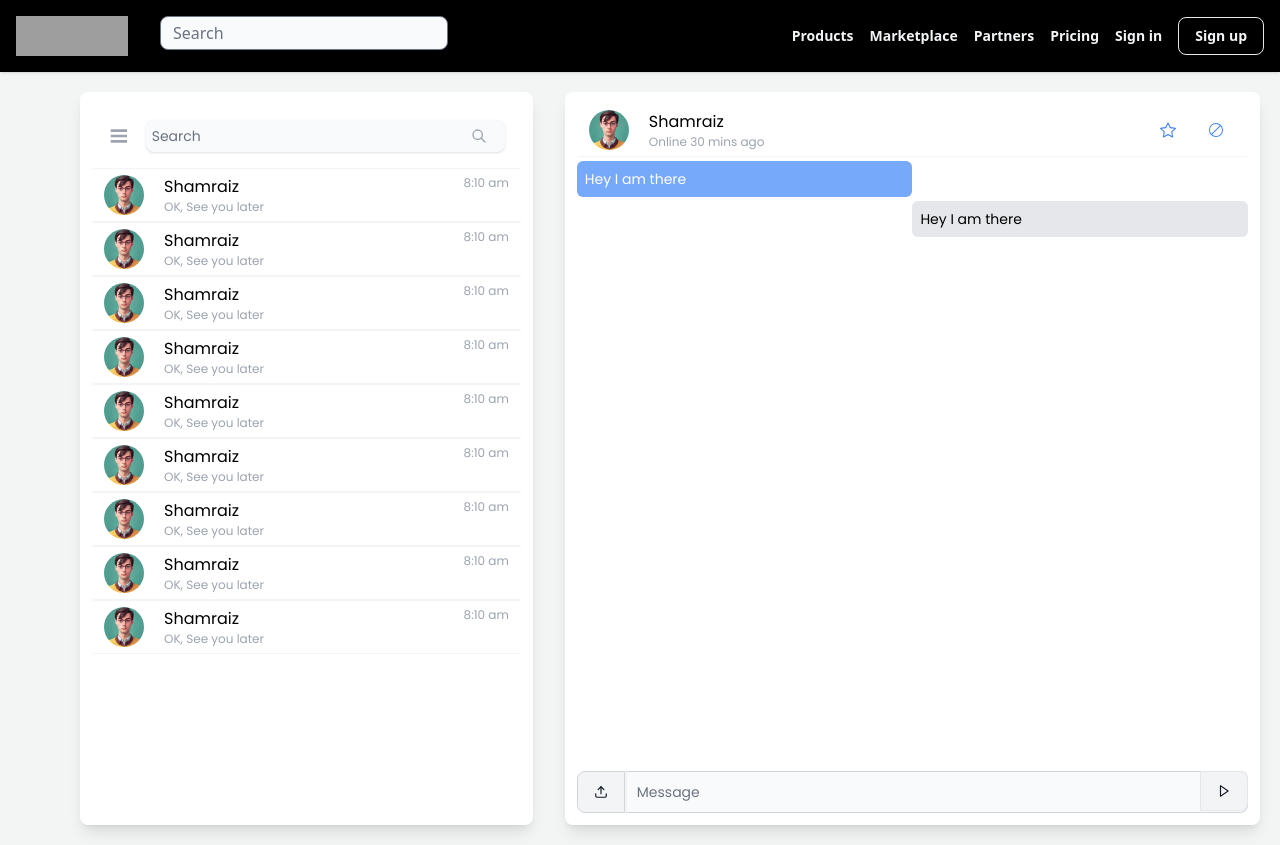
Repository: Shamraiz761/Frontend-Assessment
Page: /chat
An editor plug-in stored every save of this project. The page is shown before and after the next save, followed by the edit.
The browser window is 1280 px wide. The pictures show the whole page.
Pictures or frames that could not be fetched are drawn as grey boxes. The project was rebuilt for these pictures with package versions that can differ from the ones it lists, and the page was loaded fresh each time. Also part of the build but not shown: vite.config.js, src/routes/index.css, src/routes/root.jsx, src/pages/orders/index.jsx, src/pages/submission/index.jsx, src/pages/admin/index.css, src/components/admin/card.jsx, src/components/admin/addCard.jsx and 4 more. Imported but missing from the stored project, and not drawn on this page: src/pages/auth/login, src/pages/tasks, src/routes/profileLayout.

Above is the page before, as saved 2023-07-06 13:57:30.

### src/main.jsx
import ReactDOM from 'react-dom/client'

import React from 'react'

import App from './App.jsx'
import './index.css'

ReactDOM.createRoot(document.getElementById('root')).render(
  <React.StrictMode>
    <App />
  </React.StrictMode>,
)

### src/App.jsx
import React from 'react'
import { DndProvider } from 'react-dnd'
import { HTML5Backend } from 'react-dnd-html5-backend'
import 'flowbite'

import AppRoutes from './routes'

export default function App() {
  return (
    <DndProvider backend={HTML5Backend}>
      <AppRoutes />
    </DndProvider>
  )
}

### src/index.css
@import url("https://fonts.googleapis.com/css2?family=Poppins:wght@400;500;600;700;800;900&display=swap");

@tailwind base;
@tailwind components;
@tailwind utilities;

* {
  margin: 0;
  padding: 0;
}

body {
  margin: 0;
  font-family: "Poppins", -apple-system, BlinkMacSystemFont, "Segoe UI",
    "Roboto", "Oxygen", "Ubuntu", "Cantarell", "Fira Sans", "Droid Sans",
    "Helvetica Neue", sans-serif;
  -webkit-font-smoothing: antialiased;
  -moz-osx-font-smoothing: grayscale;
  width: 100vw;
  overflow-x: hidden;
  background-color: #f2f5f3;
  /* background: linear-gradient(180deg, #faefe8 0%, #edc7ac 100%); */
}

code {
  font-family: source-code-pro, Menlo, Monaco, Consolas, "Courier New",
    monospace;
}

.pointer-cursor {
  cursor: pointer;
}

.cusBorder {
  border: 1px solid #000;
  border-radius: 5px;
}

img {
  cursor: pointer;
}
.errors {
  color: #dc3545;
  padding: 0;
  margin: 0;
  font-size: 12px;
}
.loader {
  position: fixed;
  top: 0;
  bottom: 0;
  left: 0;
  right: 0;
  background-color: rgba(47, 151, 161, 0.32);

  display: flex;
  justify-content: center;
  align-items: center;
}

.link {
  color: #000;
  cursor: pointer;
  text-decoration: none;
}
.link:hover {
  color: #000;
}

.trans-btn {
  background-color: transparent;
  border: none;
}
.profile-logout-btn {
  border: 0;
}
.profile-logout-btn:hover {
  border: 0;
}
.profile-btn {
  border-radius: 0;
  border: 0;
}
.logout-btn {
  border-radius: 0;
  border: 0;
}
.logout-btn:hover {
  background-color: rgba(220, 53, 69, 0.5);
  border: 0;
  color: #fff;
}
.breadcrumbs ul {
  list-style: none;
  display: inline-block;
}

.breadcrumbs ul li {
  display: inline;
}

.breadcrumbs ul li .bc-link {
  /* display: block; */
  width: max-content;
  background-color: #f8f9fa;
  padding: 6px 15px 6px 25px;
  text-align: center;
  position: relative;
  margin: 0 10px 0 0;
  font-size: 15px;
  text-decoration: none;
  color: #000;
}
.breadcrumbs ul li .bc-link::after {
  content: "";
  border-top: 17px solid transparent;
  border-bottom: 17px solid transparent;
  border-left: 17px solid #f8f9fa;
  position: absolute;
  top: 0;
  right: -17px;
  z-index: 1;
}
.breadcrumbs ul li .bc-link::before {
  content: "";
  border-top: 17px solid transparent;
  border-bottom: 17px solid transparent;
  border-left: 17px solid #71cdd5;
  position: absolute;
  top: 0;
  left: 0;
}
.breadcrumbs ul li:first-child .bc-link {
  border-top-left-radius: 5px;
  border-bottom-left-radius: 5px;
}
.breadcrumbs ul li:first-child .bc-link::before {
  display: none;
}

.breadcrumbs ul li:last-child .bc-link {
  padding-right: 20px;
  border-top-right-radius: 5px;
  border-bottom-right-radius: 5px;
}
.breadcrumbs ul li:last-child .bc-link::after {
  display: none;
}

@media screen and (max-width: 500px) {
  .breadcrumbs ul li .bc-link {
    /* display: block; */
    padding: 2px 2px 2px 13px;
    /* margin: 0 10px 0 0; */
    font-size: 14px;
  }

  .breadcrumbs ul li .bc-link::after {
    content: "";
    border-top: 11.6px solid transparent;
    border-bottom: 11.6px solid transparent;
    border-left: 11.6px solid #f8f9fa;
    position: absolute;
    top: 0;
    right: -11.6px;
    z-index: 1;
  }
  .breadcrumbs ul li .bc-link::before {
    content: "";
    border-top: 11.6px solid transparent;
    border-bottom: 11.6px solid transparent;
    border-left: 11.6px solid #71cdd5;
    position: absolute;
    top: 0;
    left: 0;
  }
  .breadcrumbs ul li:last-child .bc-link {
    padding-right: 5px;
  }
}

@media screen and (max-width: 350px) {
  .breadcrumbs ul li .bc-link {
    /* display: block; */
    padding: 2px 2px 2px 12px;
    /* margin: 0 10px 0 0; */
    font-size: 10px;
  }

  .breadcrumbs ul li .bc-link::after {
    content: "";
    border-top: 9px solid transparent;
    border-bottom: 9px solid transparent;
    border-left: 9px solid #f8f9fa;
    position: absolute;
    top: 0;
    right: -9px;
    z-index: 1;
  }
  .breadcrumbs ul li .bc-link::before {
    content: "";
    border-top: 9px solid transparent;
    border-bottom: 9px solid transparent;
    border-left: 9px solid #edc7ac;
    position: absolute;
    top: 0;
    left: 0;
  }
  .breadcrumbs ul li:last-child .bc-link {
    padding-right: 5px;
  }
}

/* ********************************************** */

### src/routes/index.jsx
import {
  createBrowserRouter,
  createRoutesFromElements,
  RouterProvider,
  Route,
} from "react-router-dom";

import * as React from "react";

import Layout from "./layout";
import Root from "./root";

import Login from "../pages/auth/login";
import Chat from "../pages/chat";
import UserChat from "../components/chat/userChat";
import ProfileLayout from "./profileLayout";
import Tasks from "../pages/tasks";
import Orders from "../pages/orders";
import Submission from "../pages/submission";
import Admin from "../pages/admin";
import MarketPlace from "../pages/marketplace";
import View from "../pages/view";

export default function AppRoutes() {
  const router = createBrowserRouter(
    createRoutesFromElements(
      <Route>
        <Route path="/login" element={<Login />} />

        <Route element={<Layout />}>
          <Route path="/chat" element={<Chat />}>
            <Route path="userchat" element={<UserChat />} />
          </Route>
          <Route path="/marketplace" element={<MarketPlace />} />
          <Route path="/view" element={<View />} />

          <Route path={"/"} element={<ProfileLayout />}>
            {/* Add Task order payment submit route here */}
            <Route path="/admin" element={<Admin />} />
            <Route path="/" element={<Tasks />} />
            <Route path="/orders" element={<Orders />} />
            <Route path="/tasks" element={<Tasks />} />
            <Route path="/submission" element={<Submission />} />
          </Route>
        </Route>
      </Route>
    )
  );

  return <RouterProvider router={router} />;
}

### src/routes/layout.jsx
import { Link, Outlet, useLocation, useNavigate } from "react-router-dom";
import { Gi3DGlasses } from "react-icons/gi";
import { CgProfile } from "react-icons/cg";
import { BsArrowLeft, BsFillChatSquareTextFill } from "react-icons/bs";
import { MdOutlineDashboard, MdOutlineCastForEducation } from "react-icons/md";
import "./index.css";

import React, { useState } from "react";
import Header from "../components/header/index";

export default function Layout() {
  const [open, setOpen] = useState(false);
  const [type, setType] = useState(false);
  const navigate = useNavigate();

  const { pathname } = useLocation();

  const sc =
    "rounded-md text-xs flex items-center gap-x-4 cursor-pointer bg-gray-50 text-blue-500 py-4 p-2";
  const uc =
    "rounded-md text-gray-500  text-xs flex items-center gap-x-4 cursor-pointer hover:bg-gray-50 hover:text-blue-500 py-4 p-2";

  return (
    <div>
      <Header />

      <div className={`${open ? "ml-56" : "ml-[60px]"}`}>
        <Outlet />
      </div>
    </div>
  );
}

### src/pages/chat/index.jsx
import { VscThreeBars } from "react-icons/vsc";

import React from "react";

import UserChat from "../../components/chat/userChat";
import ChatsCard from "../../components/chat/chatsCard";

function Chat() {
  return (
    <div className="m-5 grid grid-cols-1 md:grid-cols-5  gap-8 flex-wrap">
      <div className="col-span-1 md:col-span-2 p-3 bg-white rounded-lg shadow-lg min-h-screen">
        <form className="m-4">
          <div className="flex items-center">
            <VscThreeBars className=" mr-4   rounded-lg text-gray-400 cursor-pointer text-2xl" />
            <div className="relative w-full  ">
              <input
                type="search"
                id='location-search"'
                className=" p-1.5 w-full focus:ring-gray-300  z-20 text-sm text-gray-200 bg-gray-50 shadow rounded-lg"
                placeholder="Search"
                required
                style={{ border: "none", outline: "none" }}
              />

              <button
                type="submit"
                className="absolute top-0 right-0 p-1.5 text-sm font-medium text-gray-400  rounded-r-lg   "
              >
                <svg
                  aria-hidden="true"
                  className="w-4 h-4 mr-3 mt-0.5"
                  fill="none"
                  stroke="currentColor"
                  viewBox="0 0 24 24"
                  xmlns="http://www.w3.org/2000/svg"
                >
                  <path
                    strokeLinecap="round"
                    strokeLinejoin="round"
                    strokeWidth={2}
                    d="M21 21l-6-6m2-5a7 7 0 11-14 0 7 7 0 0114 0z"
                  />
                </svg>
                <span className="sr-only">Search</span>
              </button>
            </div>
          </div>
        </form>
        <ChatsCard />
        <ChatsCard />
        <ChatsCard />
        <ChatsCard />
        <ChatsCard />
        <ChatsCard />
        <ChatsCard />
        <ChatsCard />
        <ChatsCard />
      </div>

      <UserChat />
    </div>
  );
}

export default Chat;

### src/components/chat/userChat.jsx
import { VscCircleSlash } from "react-icons/vsc";
import { BsStar } from "react-icons/bs";
import { FiUpload } from "react-icons/fi";
import { BiRightArrow } from "react-icons/bi";

import React from "react";

import Profile from "../../assets/images/profilePic.jpg";

function UserChat() {
  return (
    <div className="col-span-1 md:col-span-3 p-3  bg-white rounded-lg shadow-lg overflow-y">
      {" "}
      <div className="flex flex-row  px-3 py-1.5  border-b border-gray-100 rounded-sm ">
        <img src={Profile} className="h-10 w-10 rounded-full" />
        <div className="ml-5 flex flex-row justify-between w-full ">
          <div>
            {" "}
            <h1>Shamraiz</h1>{" "}
            <p className="text-xs font-thin text-gray-400">
              Online 30 mins ago
            </p>
          </div>
          <div className="flex flex-row items-center">
            <BsStar className="text-blue-500 mr-8" />
            <VscCircleSlash className="text-blue-500 mr-3" />
          </div>
        </div>
      </div>
      <div className="chats ">
        <p className="text-sm bg-blue-400 rounded-md my-1 p-2 text-white flex flex-col  justify-end w-1/2">
          Hey I am there
        </p>

        <p className="text-sm bg-gray-200 rounded-md p-2  flex flex-col float-right justify-end w-1/2">
          Hey I am there
        </p>
      </div>
      <div
        className="flex flex-col w-full  justify-end "
        style={{ height: "80vh" }}
      >
        <form className=" ">
          <div className="flex">
            <button
              id="dropdown-button"
              data-dropdown-toggle="dropdown"
              className="flex-shrink-0 z-10 inline-flex items-center py-2.5 px-4 text-sm font-medium text-center text-gray-900 bg-gray-100 border border-gray-300 dark:border-gray-700 dark:text-white rounded-l-lg hover:bg-gray-200  focus:outline-none "
              type="button"
            >
              <FiUpload />
            </button>
            <div
              id="dropdown"
              className="z-10 hidden bg-white divide-y divide-gray-100 rounded-lg shadow w-44 dark:bg-gray-700"
            >
              <ul
                className="py-2 text-sm text-gray-700 dark:text-gray-200"
                aria-labelledby="dropdown-button"
              >
                <li>
                  <a
                    href="#"
                    className="block px-4 py-2 hover:bg-gray-100 dark:hover:bg-gray-600 dark:hover:text-white"
                  >
                    Photo
                  </a>
                </li>
                <li>
                  <a
                    href="#"
                    className="block px-4 py-2 hover:bg-gray-100 dark:hover:bg-gray-600 dark:hover:text-white"
                  >
                    Vedio
                  </a>
                </li>
                <li>
                  <a
                    href="#"
                    className="block px-4 py-2 hover:bg-gray-100 dark:hover:bg-gray-600 dark:hover:text-white"
                  >
                    Document
                  </a>
                </li>
                <li>
                  <a
                    href="#"
                    className="block px-4 py-2 hover:bg-gray-100 dark:hover:bg-gray-600 dark:hover:text-white"
                  >
                    Finance
                  </a>
                </li>
              </ul>
            </div>
            <div className="relative w-full">
              <input
                type="search"
                id="search-dropdown"
                className="block p-2.5 w-full z-20 text-sm text-gray-900 bg-gray-50 rounded-r-lg border-l-gray-100 border-l-2 border border-gray-300 focus:ring-blue-500 focus:border-blue-500 dark:bg-gray-700 dark:border-gray-600 dark:placeholder-gray-400 dark:text-white dark:focus:border-blue-500"
                placeholder="Message"
              />
              <button
                type="submit"
                className="absolute top-0 right-0 z-10 py-3 px-4 text-sm font-medium text-gray-900 bg-gray-100 rounded-r-lg border "
              >
                <BiRightArrow />
              </button>
            </div>
          </div>
        </form>
      </div>
    </div>
  );
}

export default UserChat;

### src/components/header/index.jsx
import { IoIosNotifications } from "react-icons/io";
import { Dropdown } from "flowbite-react";
import { CgProfile } from "react-icons/cg";

import React from "react";
import { Link } from "react-router-dom";

function Header() {
  const [notification, setNotification] = React.useState(false);
  const [profile, setProfile] = React.useState(false);

  return (
    <div>
      {/* component */}

      <div class="bg-gray-100 font-sans w-full  m-0">
        <div class="bg-black text-white shadow">
          <div class="container mx-auto px-4">
            <div class="flex items-center justify-between py-4">
              <div className="flex flex-row justify-between">
                <img
                  src="https://envoycan.com/wp-content/uploads/2023/06/Asset-31@4x-e1686576126889.png"
                  class="w-28 h-10 text-white mr-6"
                />

                <div className="hidden sm:block flex-shrink flex-grow-0 justify-start px-2">
                  <div className="inline-block">
                    <div className="inline-flex items-center max-w-full">
                      <input
                        className="flex items-center text-gray-400 bg-slate-50 justify-between  flex-grow-0  relative w-72 border rounded-lg  py-1"
                        type="search"
                        placeholder="Search"
                      />

                      <div className="flex items-center justify-center relative  h-8 w-24 rounded-full"></div>
                    </div>
                  </div>
                </div>
              </div>

              <div className="flex flex-row">
                <div class="hidden sm:flex sm:items-center mr-4">
                  <a
                    href="#"
                    class="text-gray-100 text-sm font-semibold hover:text-purple-600 mr-4"
                  >
                    Products
                  </a>
                  <a
                    href="#"
                    class="text-gray-100 text-sm font-semibold hover:text-purple-600 mr-4"
                  >
                    Marketplace
                  </a>
                  <a
                    href="#"
                    class="text-gray-100 text-sm font-semibold hover:text-purple-600 mr-4"
                  >
                    Partners
                  </a>
                  <a
                    href="#"
                    class="text-gray-100 text-sm font-semibold hover:text-purple-600"
                  >
                    Pricing
                  </a>
                </div>

                <div class="hidden sm:flex sm:items-center">
                  <a
                    href="#"
                    class="text-gray-100 text-sm font-semibold hover:text-purple-600 mr-4"
                  >
                    Sign in
                  </a>
                  <a
                    href="#"
                    class="text-gray-100 text-sm font-semibold border px-4 py-2 rounded-lg hover:text-purple-600 hover:border-purple-600"
                  >
                    Sign up
                  </a>
                </div>
              </div>
              <div class="sm:hidden cursor-pointer">
                <svg
                  xmlns="http://www.w3.org/2000/svg"
                  class="w-6 h-6 text-purple-600"
                  viewBox="0 0 24 24"
                >
                  <path
                    fill="currentColor"
                    d="M12.9499909,17 C12.7183558,18.1411202 11.709479,19 10.5,19 C9.29052104,19 8.28164422,18.1411202 8.05000906,17 L3.5,17 C3.22385763,17 3,16.7761424 3,16.5 C3,16.2238576 3.22385763,16 3.5,16 L8.05000906,16 C8.28164422,14.8588798 9.29052104,14 10.5,14 C11.709479,14 12.7183558,14.8588798 12.9499909,16 L20.5,16 C20.7761424,16 21,16.2238576 21,16.5 C21,16.7761424 20.7761424,17 20.5,17 L12.9499909,17 Z M18.9499909,12 C18.7183558,13.1411202 17.709479,14 16.5,14 C15.290521,14 14.2816442,13.1411202 14.0500091,12 L3.5,12 C3.22385763,12 3,11.7761424 3,11.5 C3,11.2238576 3.22385763,11 3.5,11 L14.0500091,11 C14.2816442,9.85887984 15.290521,9 16.5,9 C17.709479,9 18.7183558,9.85887984 18.9499909,11 L20.5,11 C20.7761424,11 21,11.2238576 21,11.5 C21,11.7761424 20.7761424,12 20.5,12 L18.9499909,12 Z M9.94999094,7 C9.71835578,8.14112016 8.70947896,9 7.5,9 C6.29052104,9 5.28164422,8.14112016 5.05000906,7 L3.5,7 C3.22385763,7 3,6.77614237 3,6.5 C3,6.22385763 3.22385763,6 3.5,6 L5.05000906,6 C5.28164422,4.85887984 6.29052104,4 7.5,4 C8.70947896,4 9.71835578,4.85887984 9.94999094,6 L20.5,6 C20.7761424,6 21,6.22385763 21,6.5 C21,6.77614237 20.7761424,7 20.5,7 L9.94999094,7 Z M7.5,8 C8.32842712,8 9,7.32842712 9,6.5 C9,5.67157288 8.32842712,5 7.5,5 C6.67157288,5 6,5.67157288 6,6.5 C6,7.32842712 6.67157288,8 7.5,8 Z M16.5,13 C17.3284271,13 18,12.3284271 18,11.5 C18,10.6715729 17.3284271,10 16.5,10 C15.6715729,10 15,10.6715729 15,11.5 C15,12.3284271 15.6715729,13 16.5,13 Z M10.5,18 C11.3284271,18 12,17.3284271 12,16.5 C12,15.6715729 11.3284271,15 10.5,15 C9.67157288,15 9,15.6715729 9,16.5 C9,17.3284271 9.67157288,18 10.5,18 Z"
                  />
                </svg>
              </div>
            </div>

            <div class="block sm:hidden bg-black border-t-2 py-2">
              <div class="flex flex-col">
                <a
                  href="#"
                  class="text-gray-100 text-sm font-semibold hover:text-purple-600 mb-1"
                >
                  Products
                </a>
                <a
                  href="#"
                  class="text-gray-100 text-sm font-semibold hover:text-purple-600 mb-1"
                >
                  Marketplace
                </a>
                <a
                  href="#"
                  class="text-gray-100 text-sm font-semibold hover:text-purple-600 mb-1"
                >
                  Partners
                </a>
                <a
                  href="#"
                  class="text-gray-100 text-sm font-semibold hover:text-purple-600 mb-1"
                >
                  Pricing
                </a>
                <div class="flex justify-between items-center border-t-2 pt-2">
                  <a
                    href="#"
                    class="text-gray-100 text-sm font-semibold hover:text-purple-600 mr-4"
                  >
                    Sign in
                  </a>
                  <a
                    href="#"
                    class="text-gray-100 text-sm font-semibold border px-4 py-1 rounded-lg hover:text-purple-600 hover:border-purple-600"
                  >
                    Sign up
                  </a>
                </div>
              </div>
            </div>
          </div>
        </div>
      </div>
    </div>
  );
}

export default Header;

### src/components/chat/chatsCard.jsx
import React from "react";

import Profile from "../../assets/images/profilePic.jpg";

function ChatsCard() {
  return (
    <div className="flex flex-row px-3 py-1.5  border-y border-gray-100 rounded-sm hover:bg-blue-200">
      <img src={Profile} className="h-10 w-10 rounded-full" />
      <div className="ml-5 flex flex-row justify-between w-full ">
        <div>
          {" "}
          <h1>Shamraiz</h1>{" "}
          <p className="text-xs font-thin text-gray-400">OK, See you later</p>
        </div>
        <p className="text-xs font-thin text-gray-400">8:10 am</p>
      </div>
    </div>
  );
}

export default ChatsCard;

### tailwind.config.cjs
const colors = require('tailwindcss/colors');
const defaultTheme = require('tailwindcss/defaultTheme');

module.exports = {
  content: ['./src/**/*.{js,jsx,ts,tsx}', "node_modules/flowbite/**/*.js"],
  theme: {
    extend: {
      colors: {
        // set primary color from figma
        // primary: {
        // },
      },
      fontFamily: {
        poppins: ['Poppins', ...defaultTheme.fontFamily.sans],
      },
      fontSize: {
        xxs: '0.5rem',
      },
    },
  },
  plugins: [
    require('flowbite/plugin')
  ],

};

Loaded but not shown: index.html (common file)

After the next save:
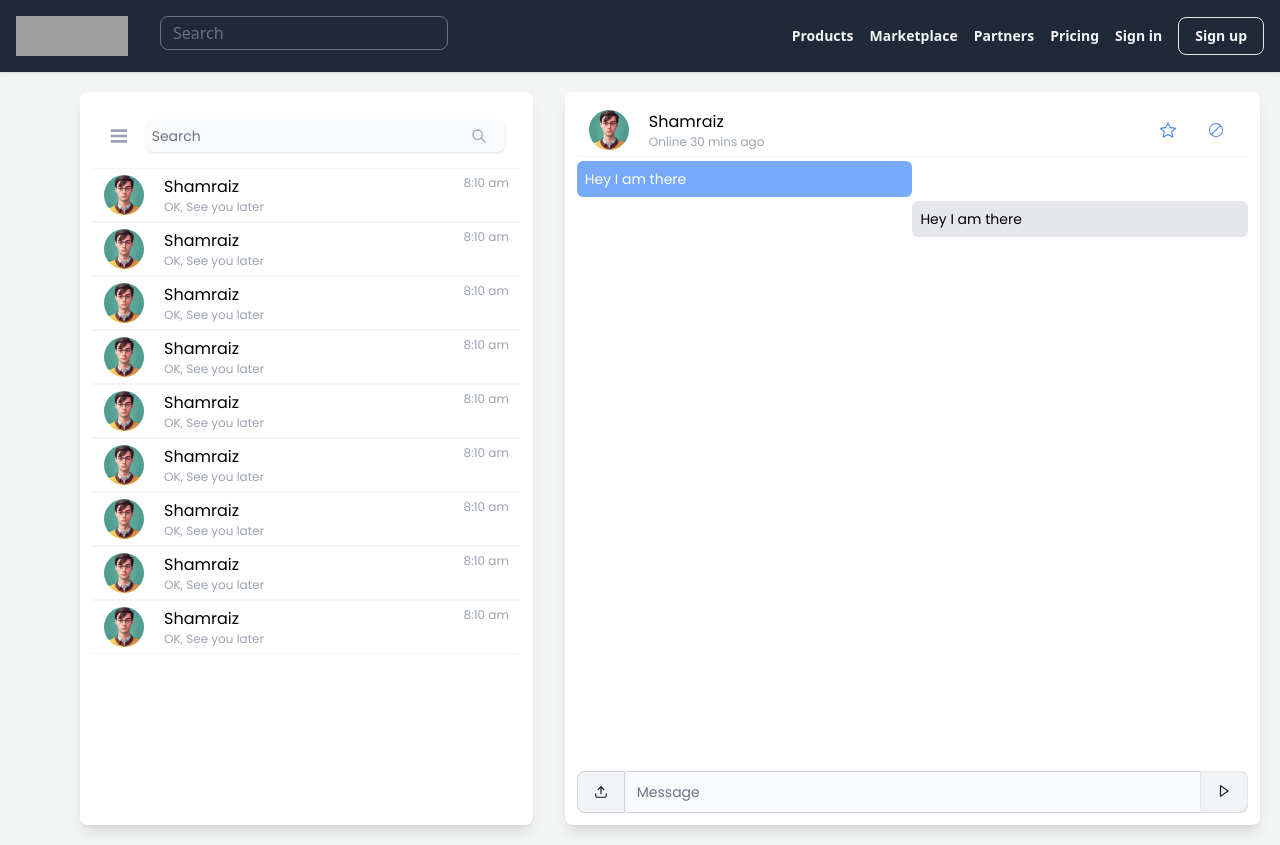
Saved 119 s later.
--- a/src/components/header/index.jsx
+++ b/src/components/header/index.jsx
@@ -14,7 +14,7 @@ function Header() {
       {/* component */}
 
       <div class="bg-gray-100 font-sans w-full  m-0">
-        <div class="bg-black text-white shadow">
+        <div class="bg-gray-800 text-gray-100 shadow">
           <div class="container mx-auto px-4">
             <div class="flex items-center justify-between py-4">
               <div className="flex flex-row justify-between">
@@ -27,7 +27,7 @@ function Header() {
                   <div className="inline-block">
                     <div className="inline-flex items-center max-w-full">
                       <input
-                        className="flex items-center text-gray-400 bg-slate-50 justify-between  flex-grow-0  relative w-72 border rounded-lg  py-1"
+                        className="flex items-center bg-gray-800 text-gray-100 justify-between  flex-grow-0  relative w-72 border rounded-lg  py-1"
                         type="search"
                         placeholder="Search"
                       />
